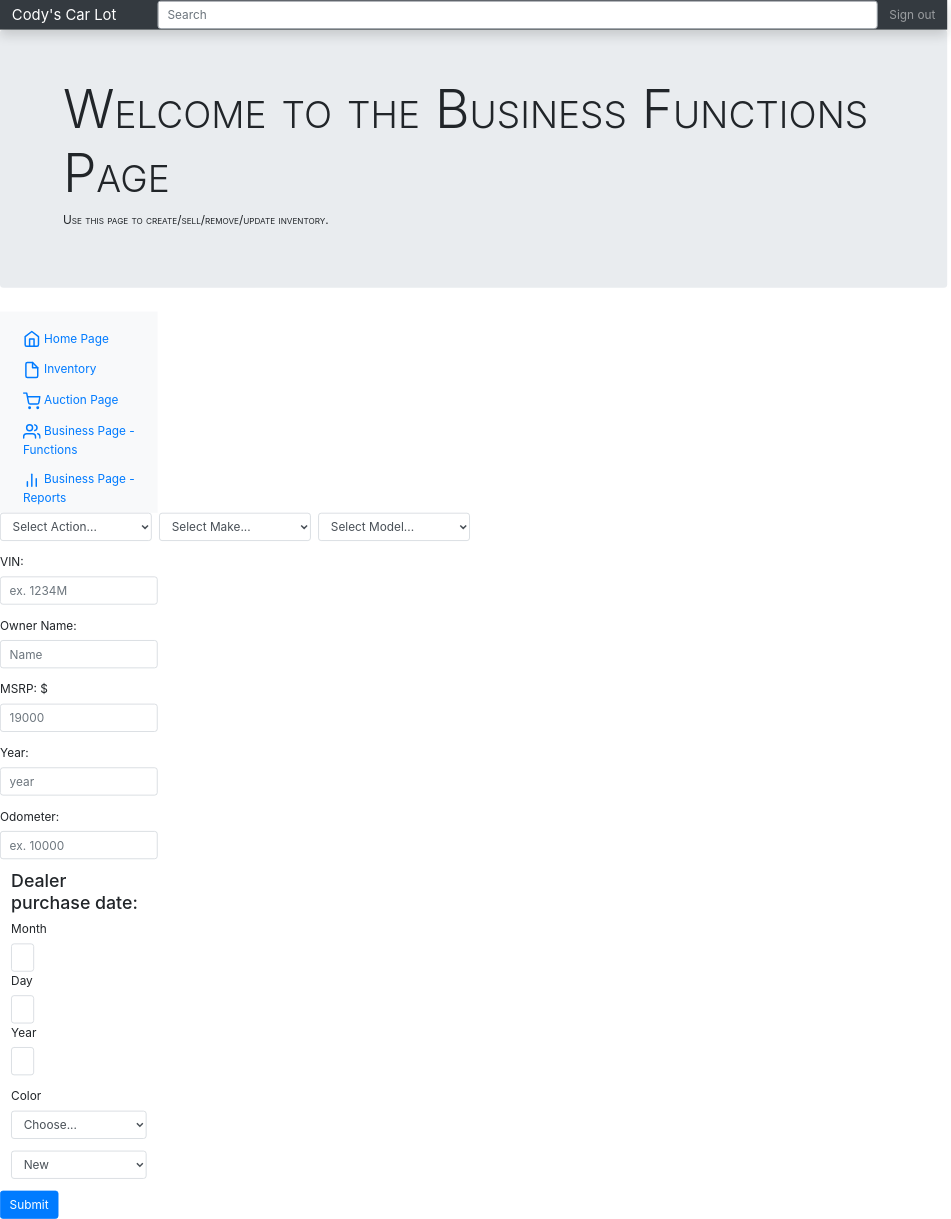
Repository: CodyHogge/CarDealershipProject
Page: http://localhost/CarDealershipProject/booted_functions.jsp
An editor plug-in stored every save of this project. The page is shown before and after the next save, followed by the edit.
The browser window is 1280 px wide. The page is 1285 px wide, so the pictures cover 1285 px, including what lies to the right of the window. The pictures show the whole page, at 74% of full size.
The page is served by Tomcat 9. Other server files are loaded and not shown.

Above is the page before, as saved 2020-09-16 16:41:26.

### CarDealershipProject/WebContent/booted_functions.jsp
<%@ taglib prefix="c" uri="http://java.sun.com/jsp/jstl/core" %>
<%@ page language="java" contentType="text/html; charset=ISO-8859-1"
    pageEncoding="ISO-8859-1"%>
<!DOCTYPE html>
<html>
<head>
<meta charset="ISO-8859-1">
<title>Cody's Car Lot</title>
<link rel="stylesheet" href="https://stackpath.bootstrapcdn.com/bootstrap/4.5.2/css/bootstrap.min.css" integrity="sha384-JcKb8q3iqJ61gNV9KGb8thSsNjpSL0n8PARn9HuZOnIxN0hoP+VmmDGMN5t9UJ0Z" crossorigin="anonymous">
<link rel="stylesheet" href="./styles/styles.css">
</head>
<body>
	<nav class="navbar navbar-dark sticky-top bg-dark flex-md-nowrap p-0 shadow">
  		<a class="navbar-brand col-md-3 col-lg-2 mr-0 px-3" href="#">Cody's Car Lot</a>
  			<button class="navbar-toggler position-absolute d-md-none collapsed" type="button" data-toggle="collapse" data-target="#sidebarMenu" aria-controls="sidebarMenu" aria-expanded="false" aria-label="Toggle navigation">
    			<span class="navbar-toggler-icon"></span>
  			</button>
  		<input class="form-control form-control-dark w-100" type="text" placeholder="Search" aria-label="Search">
  		<ul class="navbar-nav px-3">
    		<li class="nav-item text-nowrap">
      			<a class="nav-link" href="#">Sign out</a>
    		</li>
  		</ul>
	</nav>

	<div class="jumbotron">
    	<div class="container">
      		<h1 class="display-3">Welcome to the Business Functions Page</h1>
      		<p>Use this page to create/sell/remove/update inventory.</p>
    	</div>
  	</div>



	<div class="container-fluid">
  		<div class="row">
    		<nav id="sidebarMenu" class="col-md-3 col-lg-2 d-md-block bg-light sidebar collapse show" style="">
      			<div class="sidebar-sticky pt-3">
        			<ul class="nav flex-column">
          				<li class="nav-item">
            				<a class="nav-link active" href="booted_home.jsp">
              					<svg xmlns="http://www.w3.org/2000/svg" width="24" height="24" viewBox="0 0 24 24" fill="none" stroke="currentColor" stroke-width="2" stroke-linecap="round" stroke-linejoin="round" class="feather feather-home"><path d="M3 9l9-7 9 7v11a2 2 0 0 1-2 2H5a2 2 0 0 1-2-2z"></path><polyline points="9 22 9 12 15 12 15 22"></polyline></svg>
              					Home Page
            				</a>
          				</li>
          				<li class="nav-item">
            				<a class="nav-link" href="booted_inventory.jsp">
              					<svg xmlns="http://www.w3.org/2000/svg" width="24" height="24" viewBox="0 0 24 24" fill="none" stroke="currentColor" stroke-width="2" stroke-linecap="round" stroke-linejoin="round" class="feather feather-file"><path d="M13 2H6a2 2 0 0 0-2 2v16a2 2 0 0 0 2 2h12a2 2 0 0 0 2-2V9z"></path><polyline points="13 2 13 9 20 9"></polyline></svg>
              					Inventory
            				</a>
          				</li>
          				<li class="nav-item">
            				<a class="nav-link" href="booted_auction.jsp">
              					<svg xmlns="http://www.w3.org/2000/svg" width="24" height="24" viewBox="0 0 24 24" fill="none" stroke="currentColor" stroke-width="2" stroke-linecap="round" stroke-linejoin="round" class="feather feather-shopping-cart"><circle cx="9" cy="21" r="1"></circle><circle cx="20" cy="21" r="1"></circle><path d="M1 1h4l2.68 13.39a2 2 0 0 0 2 1.61h9.72a2 2 0 0 0 2-1.61L23 6H6"></path></svg>
              					Auction Page
            				</a>
          				</li>
          				<li class="nav-item">
            				<a class="nav-link" href="booted_functions.jsp">
              					<svg xmlns="http://www.w3.org/2000/svg" width="24" height="24" viewBox="0 0 24 24" fill="none" stroke="currentColor" stroke-width="2" stroke-linecap="round" stroke-linejoin="round" class="feather feather-users"><path d="M17 21v-2a4 4 0 0 0-4-4H5a4 4 0 0 0-4 4v2"></path><circle cx="9" cy="7" r="4"></circle><path d="M23 21v-2a4 4 0 0 0-3-3.87"></path><path d="M16 3.13a4 4 0 0 1 0 7.75"></path></svg>
              					Business Page - Functions <span class="sr-only">(current)</span>
            				</a>
          				</li>
          				<li class="nav-item">
            				<a class="nav-link" href="booted_reports.jsp">
              					<svg xmlns="http://www.w3.org/2000/svg" width="24" height="24" viewBox="0 0 24 24" fill="none" stroke="currentColor" stroke-width="2" stroke-linecap="round" stroke-linejoin="round" class="feather feather-bar-chart-2"><line x1="18" y1="20" x2="18" y2="10"></line><line x1="12" y1="20" x2="12" y2="4"></line><line x1="6" y1="20" x2="6" y2="14"></line></svg>
             	 				Business Page - Reports
            				</a>
          				</li>
        			</ul>
      			</div>
    		</nav>
  		</div>
	</div>

	<form action="inventoryUpdateServlet" method="post">
  		<div class="form-row">
  			<div class="form-group col-md-2">
      			<select name="action" id="action" class="form-control">
      				<option>Select Action...</option>
      				<option value="add">Add</option>
      				<option value="remove">Remove</option>
      				<option value="sell">Sell</option>
      			</select>
    		</div>
    		<div class="form-group col-md-2">
      			<select name="make" id="make" class="form-control">
      				<option>Select Make...</option>
      				<option value="mazda">Mazda</option>
      				<option value="ford">Ford</option>
      				<option value="toyota">Toyota</option>
      			</select>
    		</div>
    		<div class="form-group col-md-2">
      			<select name="model" id="model" class="form-control">
      				<option>Select Model...</option>
      				<option value="mazda3">Mazda3</option>
      				<option value="cx5">CX5</option>
      				<option value="corolla">Corolla</option>
      				<option value="mustang">Mustang</option>
      			</select>
    		</div>
  		</div>
  		<div class="form-group">
			<label for="vin">VIN: </label>
			<input type="text" class="form-control col-md-2" name="vin" id="vin" placeholder="ex. 1234M">
		</div>
		<div class="form-group">
			<label for="ownerName">Owner Name: </label>
			<input type="text" class="form-control col-md-2" name="ownerName" id="ownerName" placeholder="Name">
		</div>
		<div class="form-group">
			<label for="msrp">MSRP: </label>
			$<input type="text" class="form-control col-md-2" name="msrp" id="msrp" placeholder="19000">
		</div>
		<div class="form-group">
			<label for="year">Year: </label>
			<input type="text" class="form-control col-md-2" name="year" id="year" placeholder="year">
		</div>
		<div class="form-group">
			<label for="odometer">Odometer: </label>
			<input type="text" class="form-control col-md-2" name="odometer" id="odometer" placeholder="ex. 10000">
		</div>
			<div class="form-group col-md-2">
				<h4>Dealer purchase date:</h4>
					<label for="dealer-mm">Month</label>
					<input type="text" class="form-control col-md-2" name="dealer-mm" id="dealer-mm">
					<label for="dealer-dd">Day</label>
					<input type="text" class="form-control col-md-2" name="dealer-dd" id="dealer-dd">
					<label for="dealer-yyyy">Year</label>
					<input type="text" class="form-control col-md-2" name="dealer-yyyy" id="dealer-yyyy">
			</div>
    	<div class="form-group col-md-2">
      		<label for="color">Color</label>
      		<select id="color" class="form-control">
        			<option selected>Choose...</option>
        			<option value="BLACK">Black</option>
        			<option value="BLUE">Blue</option>
        			<option value="GREEN">Green</option>
        			<option value="RED">Red</option>
        			<option value="WHITE">White</option>
      			</select>
    	</div>
  		<div class="form-group col-md-2">
			<select class="form-control" name="condition" id="condition">
				<option value="new">New</option>
				<option value="used">Used</option>
			</select>
		</div>
  		<button type="submit" class="btn btn-primary">Submit</button>
	</form>

</body>
</html>

### CarDealershipProject/WebContent/styles/styles.css
.top-banner{
	font-variant: small-caps;
	font-size: 16pt;
	border-style: dotted;
	border-right-width: 1px;
	border-left-width: 1px;
	border-top-width: 1px;
	border-bottom-width: 1px;
	border-color: black;
	background-color: #d5d5d5;
	color: orange;
}

.avail-cars{
	margin: 15px;
	background-color: #d5d5d5;
	border-style: solid;
	border-right-width: 1px;
	border-left-width: 1px;
	border-top-width: 1px;
	border-bottom-width: 1px;
	border-color: black;
}

.avail-cars.td{
	background-color: gray;
	border-style: solid;
	border-right-width: 2px;
	border-left-width: 2px;
	border-top-width: 2px;
	border-bottom-width: 2px;
	border-color: black;
}

.sold-cars{
	margin: 15px;
	background-color: #d5d5d5;
	border-style: solid;
	border-right-width: 1px;
	border-left-width: 1px;
	border-top-width: 1px;
	border-bottom-width: 1px;
	border-color: black;
}

.h4{
	margin: 10px;
	font-variant: small-caps;
}

.display-3 {
	font-variant: small-caps !important;
}

.jumbotron {
	font-variant: small-caps!important;
}

After the next save:
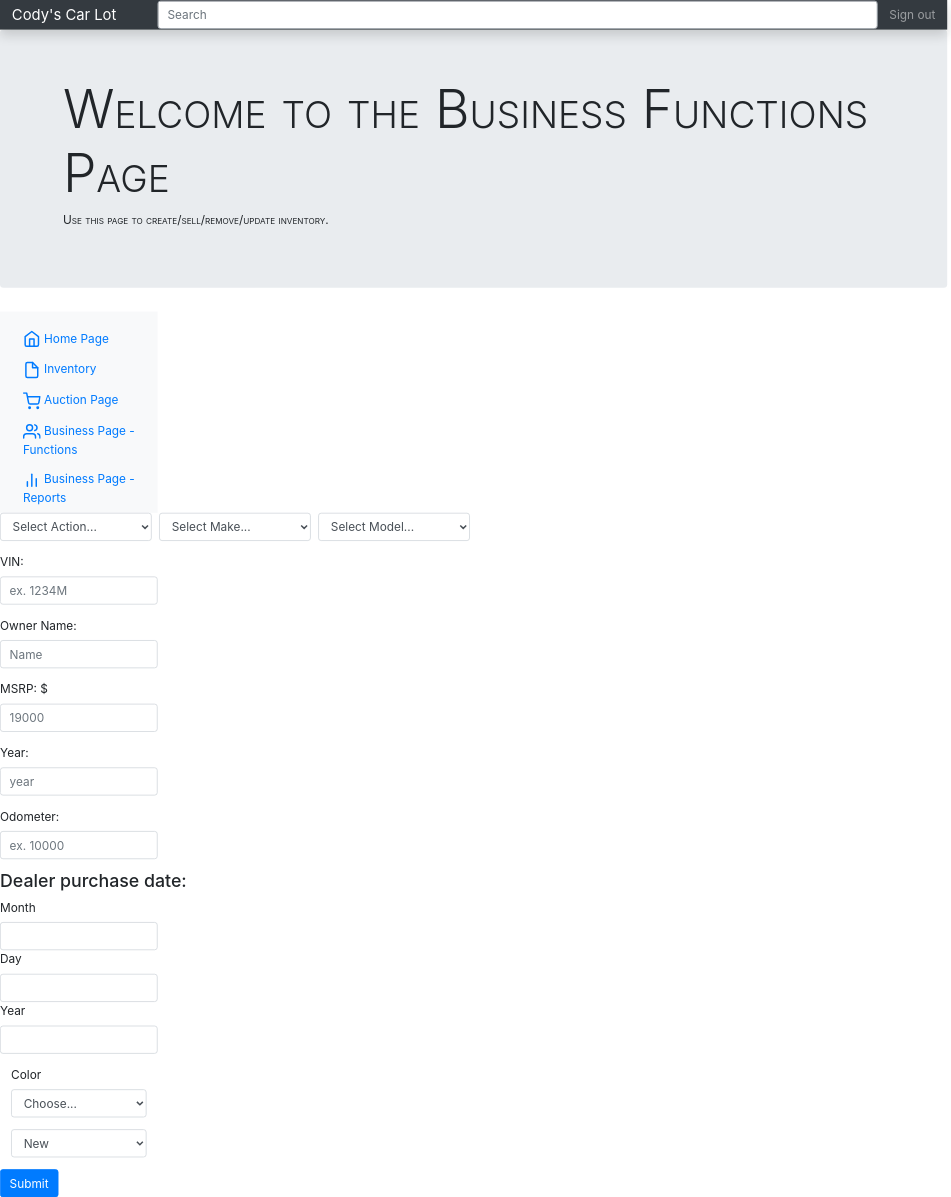
Saved 18 s later.
--- a/CarDealershipProject/WebContent/booted_functions.jsp
+++ b/CarDealershipProject/WebContent/booted_functions.jsp
@@ -121,7 +121,7 @@
 			<label for="odometer">Odometer: </label>
 			<input type="text" class="form-control col-md-2" name="odometer" id="odometer" placeholder="ex. 10000">
 		</div>
-			<div class="form-group col-md-2">
+			<div class="form-group">
 				<h4>Dealer purchase date:</h4>
 					<label for="dealer-mm">Month</label>
 					<input type="text" class="form-control col-md-2" name="dealer-mm" id="dealer-mm">
